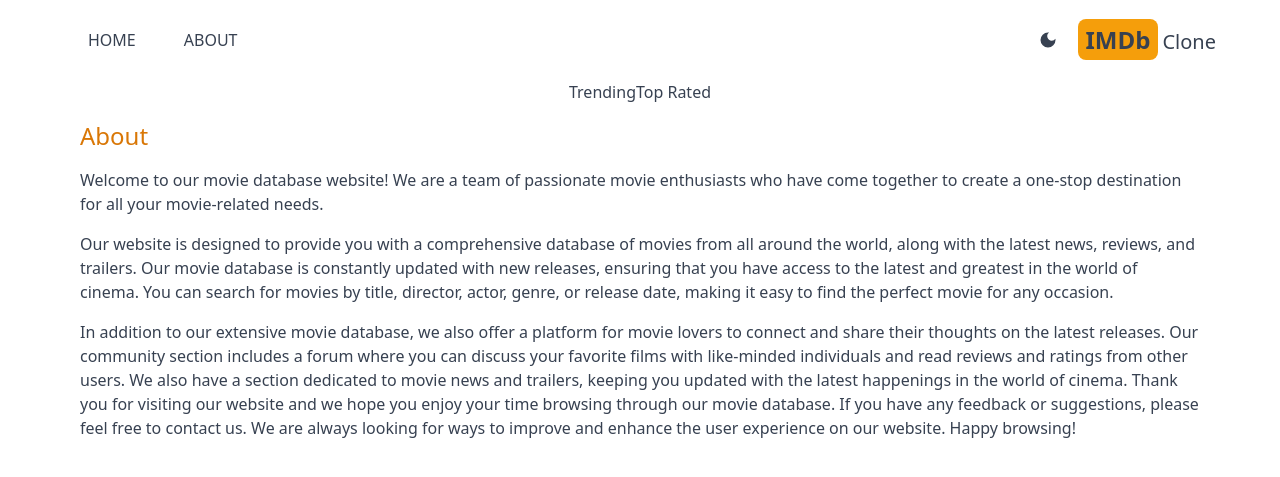
Repository: dnjfht/imdb
Page: /about
These files come from the project's save history. The page is drawn as it stood at one moment and after the next save; the edit follows.
The browser window is 1280 px wide. The pictures show the whole page.
The project was rebuilt for these pictures with package versions that can differ from the ones it lists, and the page was loaded fresh each time. The framework's server and built-in components were replaced by stand-ins that run in the browser. Also part of the build but not shown: next.config.js.

Above is the page before, as saved 2023-10-02 13:16:35.

After the next save:
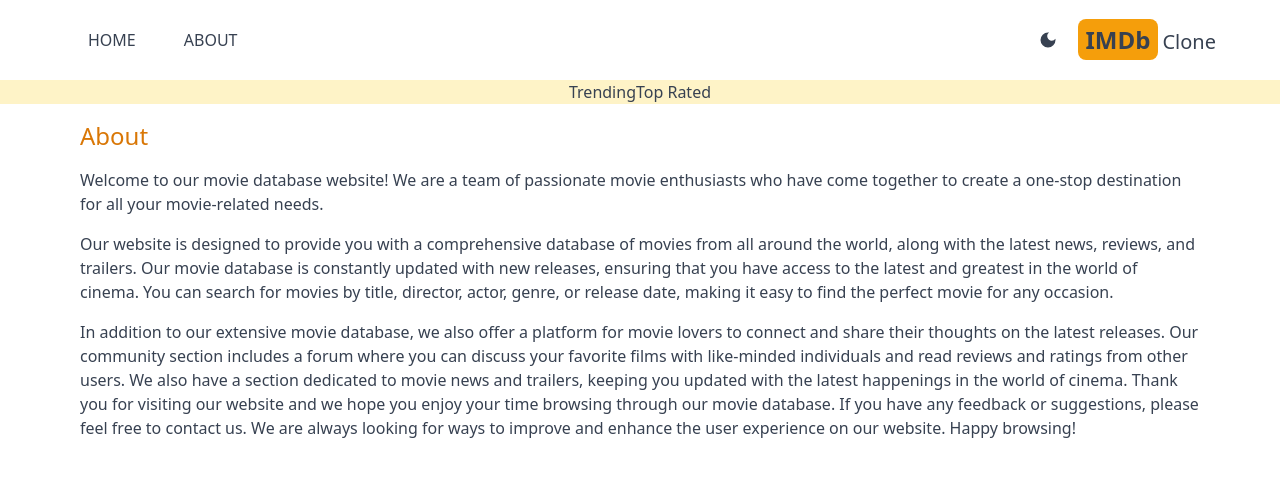
Saved 19 s later.
--- a/src/app/components/Navbar.jsx
+++ b/src/app/components/Navbar.jsx
@@ -2,7 +2,7 @@
 
 export default function Navbar() {
   return (
-    <div className="flex justify-center dark:bg-gray-600">
+    <div className="flex justify-center dark:bg-gray-600 bg-amber-100">
       <NavbarItem title="Trending" param="fetchTrending" />
       <NavbarItem title="Top Rated" param="fetchTopRated" />
     </div>

After the save that followed:
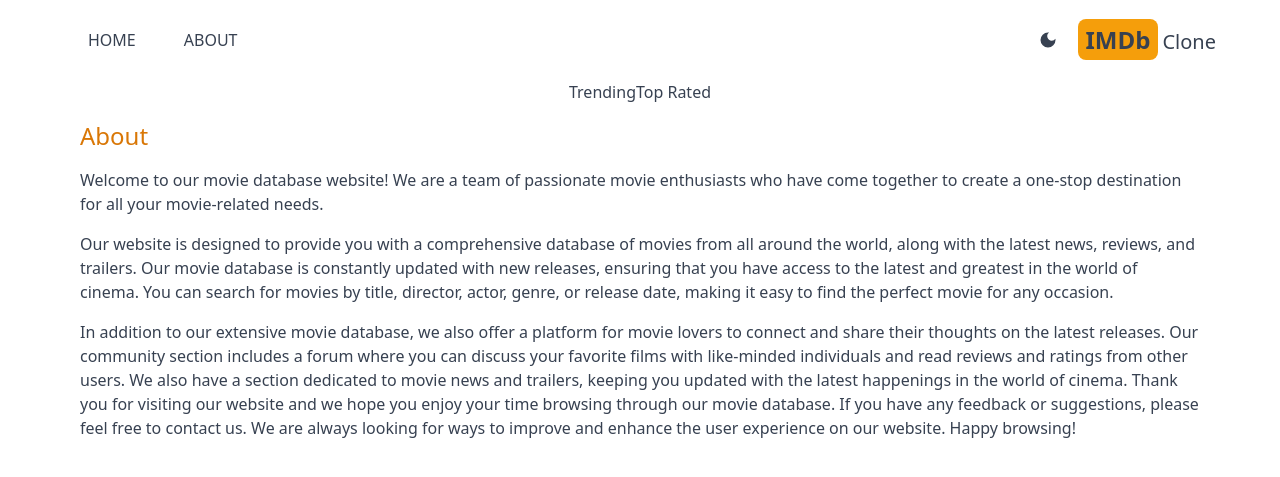
Saved 28 s later.
--- a/src/app/components/Navbar.jsx
+++ b/src/app/components/Navbar.jsx
@@ -2,7 +2,7 @@
 
 export default function Navbar() {
   return (
-    <div className="flex justify-center dark:bg-gray-600 bg-amber-100">
+    <div className="flex justify-center dark:bg-gray-600 bg-">
       <NavbarItem title="Trending" param="fetchTrending" />
       <NavbarItem title="Top Rated" param="fetchTopRated" />
     </div>
